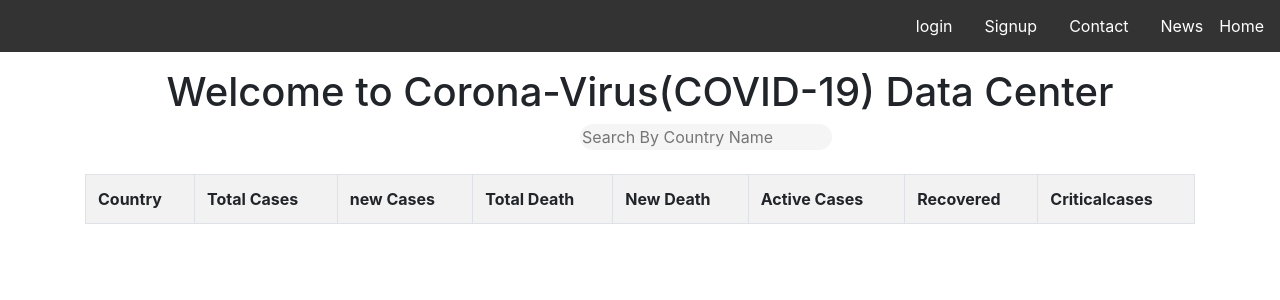
Repository: xthashankar/COVID-19-data-
Page: index.html
The author's editor kept a copy of each file at every save. The page is drawn from the files as they stood at one save, then again after the next save.
The browser window is 1280 px wide. The pictures show the whole page.
The page's requests for data from a server got no answer.

Above is the page before, as saved 2020-04-09 15:31:07.

### index.html
<!DOCTYPE html>
<html lang="en">
<head>
    <meta charset="UTF-8">
    <meta name="viewport" content="width=device-width, initial-scale=1.0">
    <link rel="stylesheet" href="styles.css">
    <link rel="stylesheet" href="https://maxcdn.bootstrapcdn.com/bootstrap/4.4.1/css/bootstrap.min.css">
     <script src="https://ajax.googleapis.com/ajax/libs/jquery/3.4.1/jquery.min.js"></script>
     <script src="https://cdnjs.cloudflare.com/ajax/libs/popper.js/1.16.0/umd/popper.min.js"></script>
    <script src="https://maxcdn.bootstrapcdn.com/bootstrap/4.4.1/js/bootstrap.min.js"></script>
    <link rel="stylesheet/css" href="style.css">
    <title>Document</title>
</head>
<body>
    <ul>
        <li><a class="nav" href="#">Home</a></li>
        <li><a href="#">News</a></li>
        <li><a href="#">Contact</a></li>
        <li><a href="#">Signup</a></li>
        <li><a href="#">login</a></li>
    </ul>

    <h1>Welcome to Corona-Virus(COVID-19) Data Center</h1>
    <input type="text" name="filter" id="search" placeholder="Search By Country Name" onkeyup="search()">
    <div class="container">

        <br>
        <table class="table table-bordered  table-striped">
            <thread>
                <tr>
                    <th>Country</th>
                    <th>Total Cases</th>
                    <th>new Cases</th>
                    <th>Total Death</th>
                    <th>New Death</th>
                    <th>Active Cases</th>
                    <th>Recovered</th>
                    <th>Criticalcases</th>
            </tr>
            </thread>
            <tbody  id="coranavirus">
            </tbody>
        </table>
    </div>
</body>
<script src="main.js"></script>
</html>

### styles.css
ul{
    list-style-type:none;
    overflow: hidden;
    background-color:#333;
}
li{
   float:right;
}
li a{

    display: block;
    color:white;
    text-align: center;
    padding: 14px 16px;
    text-decoration: none;
}
li a:hover{
    background-color: #111;
}
h1{
    text-align: center;
}
#search{

    border-radius: 10px;
    margin:5 auto;
    border-radius: 10px;
    margin-left: 580px;
    border: none;
    border-radius: 15px;
    background-color:whitesmoke;
}

### main.js
// let who='';
let URL='https://nepalcorona.info/api/v1/data/world'
fetch(URL)
.then(function(response){
   return response.json()
}).then(function(covid){
//    console.log(covid);
       if(covid.length>0)
       {
           var coviddata='';
           covid.forEach(function(data){
            // coviddata +="<tr>";
            if(data.country!="")
            {
            coviddata +="<tr><td>"+data.country+"</td>";
            coviddata +="<td>"+data.totalCases+"</td>";
            coviddata +="<td>"+data.newCases+"</td>";
            coviddata +="<td>"+data.totalDeaths+"</td>";
            coviddata +="<td>"+data.newDeaths+"</td>";
            coviddata +="<td>"+data.activeCases+"</td>";
            coviddata +="<td>"+data.totalRecovered+"</td>";
            coviddata +="<td>"+data.criticalCases+"</td></tr>";
            console.log(coviddata);
            }
            document.getElementById('coranavirus').innerHTML=coviddata;
           })
       }
   })
   //for search
function search(){
    let filter=document.getElementById("search").value.toUpperCase();
    let table=document.getElementById("coranavirus");
    let tr=table.getElementsByTagName("tr");
    for(let i=0;i<tr.length;i++)
    {
     let td=tr[i].getElementsByTagName("td")[0];
        if(td)
        {
         let txtValue=td.textContent||td.innerText;
         if(txtValue.toUpperCase().indexOf(filter)>-1)
            {
            tr[i].style.display="";
            }else
            {
            tr[i].style.display="none";
            }
        }
    }
}

After the next save:
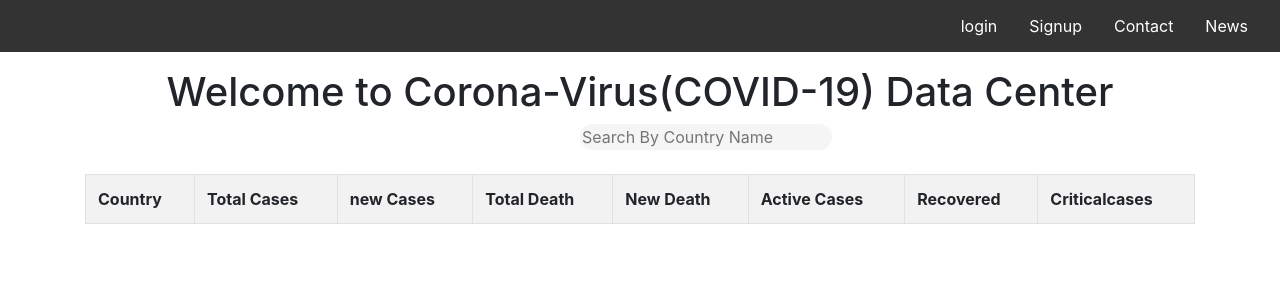
Saved 48 s later.
--- a/index.html
+++ b/index.html
@@ -13,7 +13,7 @@
 </head>
 <body>
     <ul>
-        <li><a class="nav" href="#">Home</a></li>
+        <li><a class="nav" href="#"></a></li>
         <li><a href="#">News</a></li>
         <li><a href="#">Contact</a></li>
         <li><a href="#">Signup</a></li>
